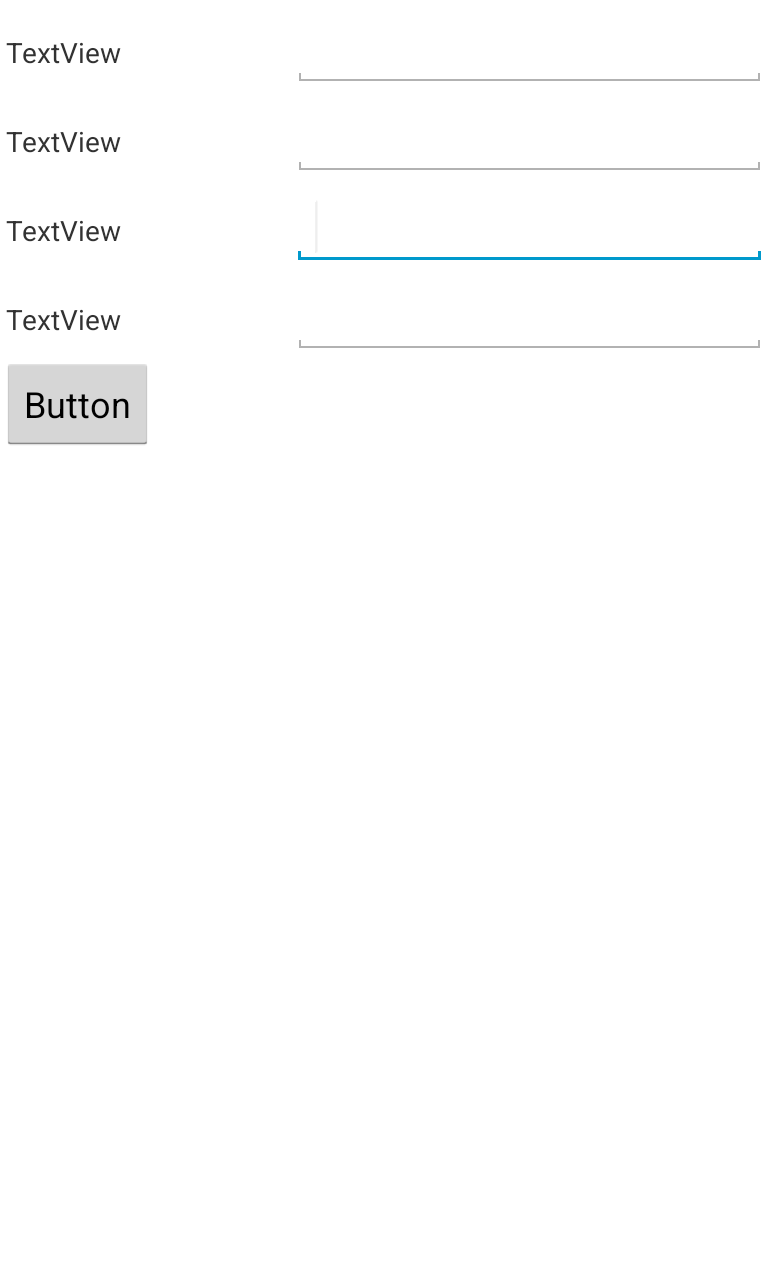
Repository: AungWinnHtut/Android
Layout: mywork1/Sale_system/res/layout/activity_main.xml
The author's editor kept a copy of each file at every save. The layout is drawn from the files as they stood at one save, then again after the next save.
It is drawn on a 768 x 1280 px phone screen (xhdpi) without system bars, with theme AppTheme; the app's code is not run.

Above is the layout before, as saved 2015-07-12 04:23:14.

### mywork1/Sale_system/res/layout/activity_main.xml
<LinearLayout xmlns:android="http://schemas.android.com/apk/res/android"
    xmlns:tools="http://schemas.android.com/tools"
    android:id="@+id/LinearLayout1"
    android:layout_width="match_parent"
    android:layout_height="match_parent"
    android:orientation="vertical" >




    <LinearLayout
        android:layout_width="match_parent"
        android:layout_height="wrap_content"
        android:layout_marginLeft="3dp"
        android:layout_marginTop="5dp"
        android:orientation="horizontal" >

        <TextView
            android:id="@+id/textView1"
            android:layout_width="0dp"
            android:layout_height="wrap_content"
            android:layout_weight="0.3"
            android:text="TextView" />

        <EditText
            android:id="@+id/editText1"
            android:layout_width="0dp"
            android:layout_weight="0.5
            "
            android:layout_height="wrap_content"
            android:ems="10" />

    </LinearLayout>




    <LinearLayout
        android:layout_width="match_parent"
        android:layout_height="wrap_content"
        android:layout_marginLeft="3dp"
        android:layout_marginTop="5dp"
        android:orientation="horizontal" >

        <TextView
            android:id="@+id/textView2"
            android:layout_width="0dp"
            android:layout_height="wrap_content"
            android:layout_weight="0.3"
            android:text="TextView" />

        <EditText
            android:id="@+id/editText2"
            android:layout_width="0dp"
            android:layout_height="wrap_content"
            android:layout_weight="0.5"
            android:ems="10" />

    </LinearLayout>




    <LinearLayout
        android:layout_width="match_parent"
        android:layout_height="wrap_content"
        android:layout_marginLeft="3dp"
        android:layout_marginTop="5dp"
        android:orientation="horizontal" >

        <TextView
            android:id="@+id/textView3"
            android:layout_width="0dp"
                  android:layout_weight="0.3"
            android:layout_height="wrap_content"
            android:text="TextView" />

        <EditText
            android:id="@+id/editText3"

            android:layout_height="wrap_content"
       android:layout_weight="0.5"
            android:ems="10" >

            <requestFocus />
        </EditText>

    </LinearLayout>





    <LinearLayout
        android:layout_width="match_parent"
        android:layout_height="wrap_content"
        android:layout_marginLeft="3dp"
        android:layout_marginTop="5dp"
        android:orientation="horizontal" >

        <TextView
            android:id="@+id/textView4"
         android:layout_width="0dp"
            android:layout_height="wrap_content"
                  android:layout_weight="0.3"
            android:text="TextView" />

        <EditText
            android:id="@+id/editText4"

            android:layout_height="wrap_content"
            android:layout_weight="0.5"
            android:ems="10" />

    </LinearLayout>

















    <LinearLayout
        android:layout_width="match_parent"
        android:layout_height="wrap_content"
        android:layout_gravity="bottom" >


        <Button
            android:id="@+id/button2"
            android:layout_width="wrap_content"
            android:layout_height="wrap_content"
            android:layout_gravity="bottom"
            android:text="Button" />

    </LinearLayout>

</LinearLayout>

Loaded but not shown: mywork1/Sale_system/res/values-v11/styles.xml (common file); mywork1/Sale_system/res/values-v14/styles.xml (common file); mywork1/Sale_system/res/values/styles.xml (common file)

After the next save:
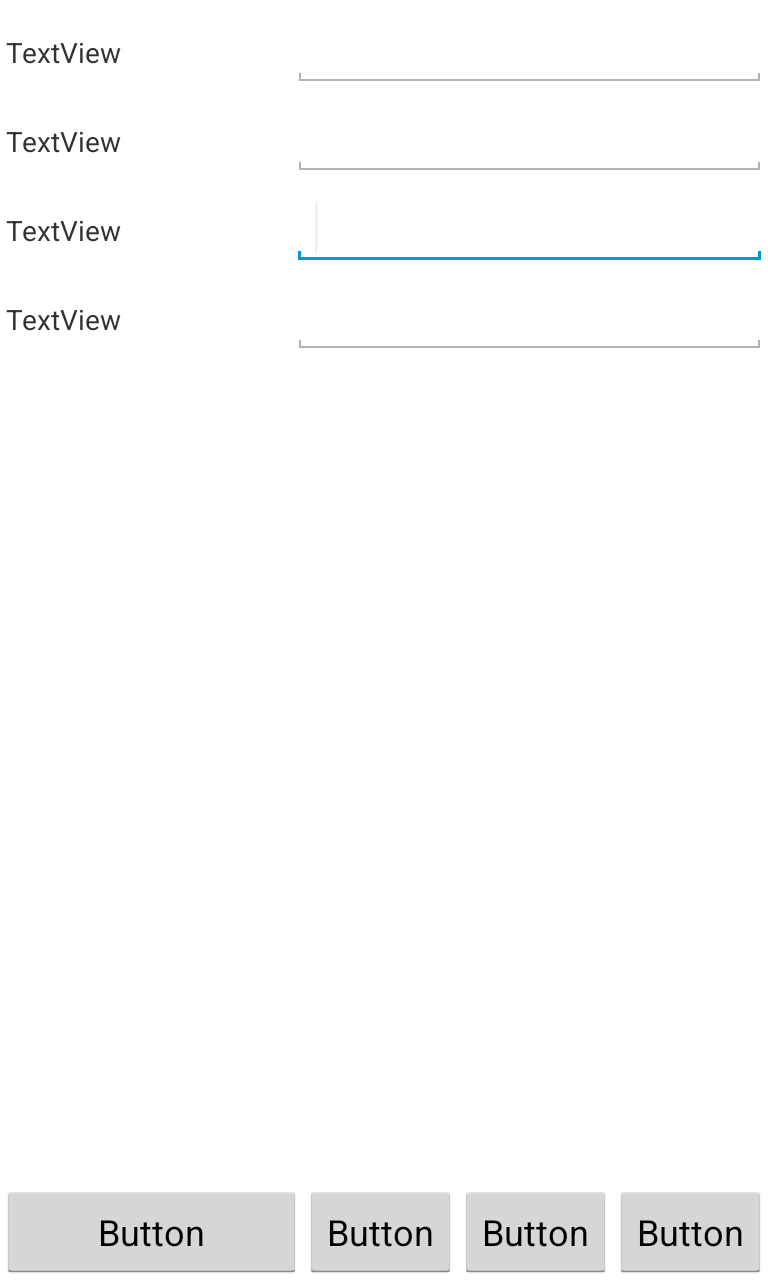
Saved 77 s later.
--- a/mywork1/Sale_system/res/layout/activity_main.xml
+++ b/mywork1/Sale_system/res/layout/activity_main.xml
@@ -130,9 +130,10 @@
 
 
 
+
     <LinearLayout
         android:layout_width="match_parent"
-        android:layout_height="wrap_content"
+        android:layout_height="match_parent"
         android:layout_gravity="bottom" >
 
 
@@ -141,6 +142,31 @@
             android:layout_width="wrap_content"
             android:layout_height="wrap_content"
             android:layout_gravity="bottom"
+                  android:layout_weight="0.1"
+            android:text="Button" />
+
+
+        <Button
+            android:id="@+id/button1"
+            android:layout_width="wrap_content"
+            android:layout_height="wrap_content"
+            android:layout_gravity="bottom"
+            android:text="Button" />
+
+
+        <Button
+            android:id="@+id/button3"
+            android:layout_width="wrap_content"
+            android:layout_height="wrap_content"
+            android:layout_gravity="bottom"
+            android:text="Button" />
+
+
+        <Button
+            android:id="@+id/button4"
+            android:layout_width="wrap_content"
+            android:layout_height="wrap_content"
+            android:layout_gravity="bottom"
             android:text="Button" />
 
     </LinearLayout>
